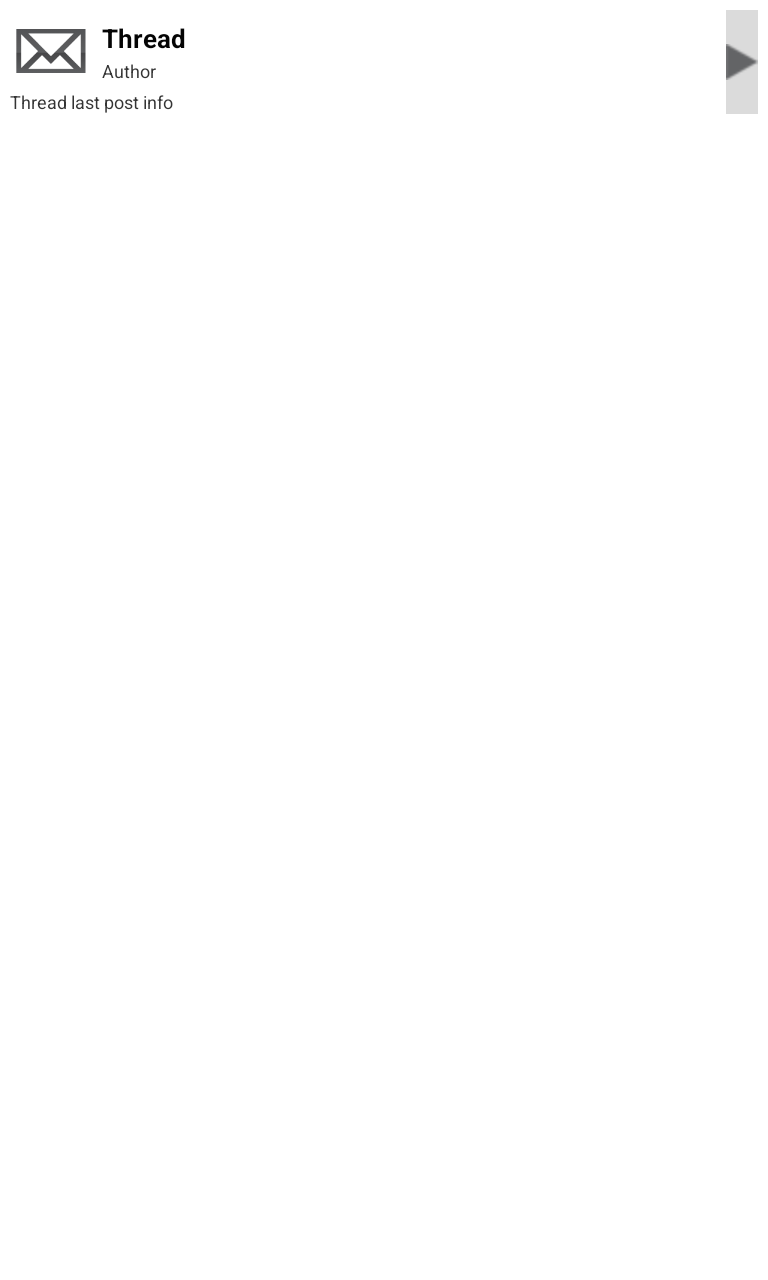
Repository: epson121/forumhr_mobile
Layout: TopicsActivity/res/layout/copy_threads_list_row.xml
An editor plug-in stored every save of this project. The layout is shown before and after the next save, followed by the edit.
It is drawn on a 768 x 1280 px phone screen (xhdpi) without system bars, with theme AppTheme; the app's code is not run.

Above is the layout before, as saved 2013-02-24 16:03:21.

After the next save:
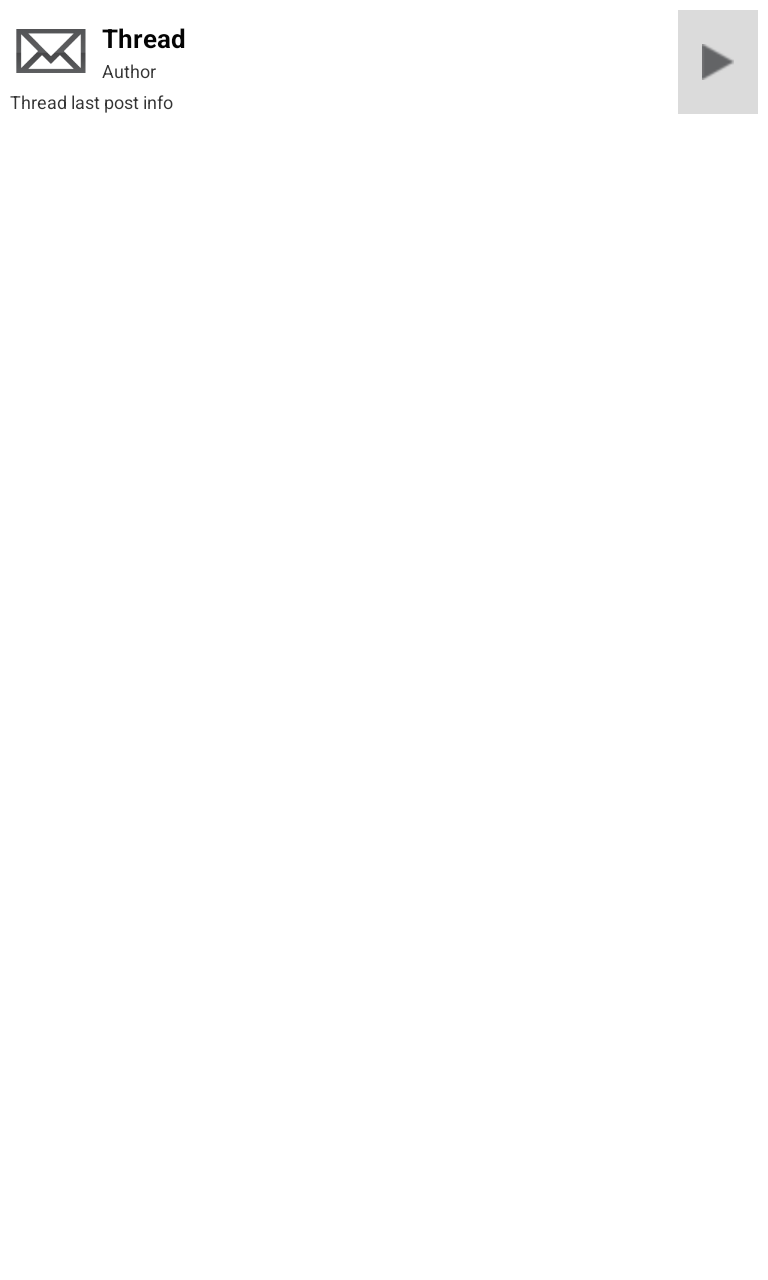
Saved 11 s later.
--- a/TopicsActivity/res/layout/copy_threads_list_row.xml
+++ b/TopicsActivity/res/layout/copy_threads_list_row.xml
@@ -75,7 +75,7 @@
 
      <ImageButton
          android:id="@+id/thread_go_to_page"
-         android:layout_width="wrap_content"
+         android:layout_width="40dp"
          android:layout_height="match_parent"
          android:layout_alignBottom="@+id/thread_last_post_info"
          android:layout_alignParentRight="true"
